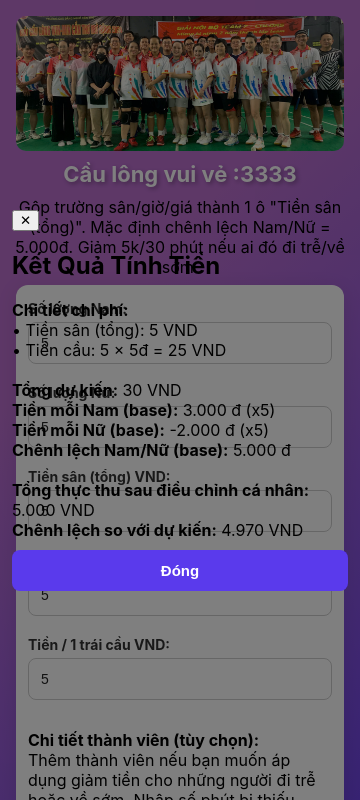
Repository: LuongPTCE181311/Badminton
Page: index.html
The author's editor kept a copy of each file at every save. The page is drawn from the files as they stood at one save, then again after the next save.
The browser window is 360 px wide. The pictures show the window.
Empty fields were first filled with sample values (such as "Sample", 5 or name@example.com).
After loading, the first visible `#calculateBtn` was clicked once.
A layer covers the whole window, so only the first screen is drawn.

Above is the page before, as saved 2025-12-09 13:42:04.

### index.html
<!DOCTYPE html>
<html lang="vi">

<head>
    <meta charset="UTF-8" />
    <meta name="viewport" content="width=device-width, initial-scale=1.0" />
    <title>Tính Tiền Sân Cầu Lông</title>
    <link rel="stylesheet" href="assets/css/style.css" />
</head>

<body>
    <div class="hero">
        <img src="assets/images/Caulongvuive.jpg" id="img" class="hero-img" alt="Group" />
        <h1 class="title">Cầu lông vui vẻ :3333</h1>
        <div class="note">Gộp trường sân/giờ/giá thành 1 ô "Tiền sân (tổng)". Mặc định chênh lệch Nam/Nữ = 5.000đ. Giảm
            5k/30 phút nếu ai đó đi trễ/về sớm.</div>
    </div>

    <div class="container">
        <form id="calcForm" onsubmit="return false;">
            <div class="form-group">
                <label>Số lượng Nam:</label>
                <input type="number" id="men" min="0" placeholder="VD: 4" />
                <span class="error" id="men_err"></span>
            </div>

            <div class="form-group">
                <label>Số lượng Nữ:</label>
                <input type="number" id="women" min="0" placeholder="VD: 3" />
                <span class="error" id="women_err"></span>
            </div>

            <div class="form-group">
                <label>Tiền sân (tổng) VND:</label>
                <input type="number" id="courtTotal" min="0"
                    placeholder="Tổng tiền sân đã bao gồm số sân × giờ × giá/giờ" />
                <span class="error" id="courtTotal_err"></span>
            </div>

            <div class="form-group">
                <label>Số lượng cầu:</label>
                <input type="number" id="shuttleCount" min="0" placeholder="VD: 5" />
                <span class="error" id="shuttleCount_err"></span>
            </div>

            <div class="form-group">
                <label>Tiền / 1 trái cầu VND:</label>
                <input type="number" id="pricePerShuttle" min="0" placeholder="VD: 5000" />
                <span class="error" id="pricePerShuttle_err"></span>
            </div>

            <div style="margin-top:10px;">
                <strong>Chi tiết thành viên (tùy chọn):</strong>
                <div class="note">Thêm thành viên nếu bạn muốn áp dụng giảm tiền cho những người đi trễ hoặc về sớm.
                    Nhập số phút bị thiếu (minutes not played), cứ 30 phút giảm 5.000đ cho thành viên đó.</div>
                <div id="memberContainer" class="member-list"></div>
                <button type="button" id="addMemberBtn" class="btn">+ Thêm thành viên</button>
            </div>

            <div style="margin-top:14px;">
                <button type="button" id="calculateBtn" class="btn primary">Tính tiền</button>
            </div>
        </form>

        <div id="resultModal" class="modal hidden">
            <div class="modal-box">
                <button id="closeModal" class="modal-close">✕</button>
                <h2>Kết Quả Tính Tiền</h2>
                <div id="resultContent"></div>
                <button id="closeModalBottom" class="btn primary block">Đóng</button>
            </div>
        </div>

    </div>

    <script src="assets/js/main.js"></script>
</body>

</html>

### assets/css/style.css
* {
  box-sizing: border-box;
}

body {
  margin: 0;
  padding: 10px;
  font-family: -apple-system, BlinkMacSystemFont, "Segoe UI", Roboto,
    "Helvetica Neue", Arial, sans-serif;
  background: linear-gradient(135deg, #bc70cf 30%, #5a3aec 100%);
  min-height: 100vh;
}

/* HERO */
.hero {
  text-align: center;
  padding-top: 20px;
  max-width: 100%;
  overflow: hidden;
}

.hero-img {
  width: 100%;
  max-width: 400px;
  height: auto;
  display: block;
  margin: 0 auto 15px auto;
  border-radius: 10px;
  object-fit: cover;
}

/* BUTTONS COMMON */
.close-btn {
  padding: 12px;
  font-size: 15px;
  border-radius: 10px;
  width: 100%;
  margin-top: 3%;
  background-color: #bd5ad6;
  border: none;
  outline: none;
  color: white;
  cursor: pointer;
}

.close-btn:hover {
  opacity: 0.95;
}

/* TITLE */
.title {
  font-size: clamp(24px, 5vw, 30px);
  font-weight: bold;
  color: white;
  margin: 10px 0;
  text-shadow: 2px 2px 4px rgba(0, 0, 0, 0.3);
  padding: 0 15px;
}

/* CONTAINER */
.container {
  width: calc(100% - 20px);
  max-width: 450px;
  margin: 25px auto;
  background-color: white;
  padding: 25px;
  border-radius: 15px;
  box-shadow: 0 4px 20px rgba(0, 0, 0, 0.1);
}

/* FORM */
label {
  font-weight: 700;
  display: block;
  margin-bottom: 5px;
  font-size: 15px;
  color: #333;
}

input,
select,
textarea {
  width: 100%;
  padding: 8px 8px;
  background: white;
  border-radius: 8px;
  border: 1px solid #ccc;
  transition: 0.3s;
  -webkit-appearance: none;
  appearance: none;
  font-size: 14px;
  color: #222;
}

input:focus,
select:focus,
textarea:focus {
  outline: none;
  border-color: #1e88e5;
  box-shadow: 0 0 0 3px rgba(30, 136, 229, 0.08);
}

input.error-border,
select.error-border,
textarea.error-border {
  border-color: #e53935 !important;
}

.error {
  font-size: 12px;
  color: #d84747;
  font-weight: 600;
  display: block;
  min-height: 14px;
  margin-top: 6px;
}

/* ACTION BUTTON */
.btn {
  width: 100%;
  padding: 14px;
  background: #5a3aec;
  color: white;
  font-size: 17px;
  font-weight: 600;
  border: none;
  border-radius: 8px;
  cursor: pointer;
  transition: background 0.3s, transform 0.1s;
  margin-top: 10px;
}

.btn:hover {
  background: #3c22b3;
}

.btn:active {
  transform: scale(0.98);
}

/* MODAL */
.modal {
  position: fixed;
  inset: 0;
  background: rgba(0, 0, 0, 0.5);
  display: flex;
  justify-content: center;
  align-items: center;
  z-index: 1000;
  padding: 20px;
}

.hidden {
  display: none !important;
}

.modal-content {
  background: white;
  padding: 25px;
  width: calc(100% - 40px);
  max-width: 420px;
  border-radius: 15px;
  text-align: left;
  box-shadow: 0 4px 15px rgba(0, 0, 0, 0.2);
  max-height: 90vh;
  overflow-y: auto;
}

/* Modal header/title */
.modal-content h2 {
  margin-top: 0;
  margin-bottom: 20px;
  text-align: center;
  color: #333;
  font-size: clamp(20px, 4vw, 24px);
}

/* Result inside modal */
#result {
  line-height: 1.7;
  font-size: 14px;
  color: #555;
}

#result b {
  color: #333;
}

/* MEMBER LIST (small UI pieces) */
.member-list {
  margin-top: 10px;
  border-top: 1px dashed #eee;
  padding-top: 10px;
}

.member-row {
  display: flex;
  gap: 8px;
  margin-bottom: 8px;
  align-items: center;
  flex-wrap: nowrap;
}

.member-row input,
.member-row select {
  padding: 6px 8px;
  border-radius: 6px;
  border: 1px solid #ddd;
  font-size: 13px;
  background: #fff;
}

.member-row .small {
  width: 110px;
}

.remove-btn {
  background: #ff6b6b;
  color: #fff;
  border: none;
  padding: 6px 10px;
  border-radius: 6px;
  cursor: pointer;
  font-size: 13px;
}

/* result box outside modal (if used) */
.result-box {
  margin-top: 12px;
  background: #f9f9f9;
  padding: 12px;
  border-radius: 8px;
  color: #333;
}

/* Responsive tweaks */

/* Tablet devices */
@media screen and (max-width: 768px) {
  body {
    padding: 10px;
  }

  .container {
    width: calc(100% - 20px);
    margin: 20px auto;
    padding: 20px;
  }

  .hero {
    padding: 15px 0;
  }

  .hero-img {
    max-width: 350px;
  }
}

/* Mobile devices */
@media screen and (max-width: 480px) {
  body {
    padding: 10px;
  }

  .container {
    width: calc(100% - 20px);
    margin: 0 auto;
    padding: 18px 14px;
    border-radius: 12px;
  }

  .hero {
    padding: 8px 0;
  }

  .hero-img {
    max-width: 100%;
    width: calc(100% - 20px);
    margin: 0 auto 10px auto;
  }

  .title {
    font-size: 22px;
    padding: 0 10px;
  }

  label {
    font-size: 14px;
  }

  input,
  select,
  textarea {
    width: 100%;
    padding: 10px;
    background: rgba(255, 255, 255, 0.95);
    border-radius: 8px;
    border: 1px solid #ccc;
    font-size: 14px;
  }

  .btn {
    padding: 14px;
    font-size: 16px;
  }

  .modal {
    padding: 12px;
  }

  .modal-content {
    width: calc(100% - 28px);
    padding: 18px;
    border-radius: 12px;
  }

  .modal-content h2 {
    font-size: 20px;
    margin-bottom: 14px;
  }

  #result {
    font-size: 13px;
    line-height: 1.6;
  }

  .close-btn {
    padding: 12px;
    font-size: 15px;
    border-radius: 10px;
    width: 100%;
    margin-top: 10px;
    background-color: #bd5ad6;
    border: none;
    outline: none;
    color: white;
  }
}

/* Very small mobile devices */
@media screen and (max-width: 360px) {
  body {
    padding: 8px;
  }

  .container {
    width: calc(100% - 16px);
    padding: 15px 12px;
  }

  .title {
    font-size: 22px;
  }

  .hero-img {
    width: calc(100% - 16px);
  }

  input,
  select,
  textarea {
    width: 100%;
    padding: 12px;
  }

  .btn {
    padding: 12px;
    font-size: 15px;
  }

  .modal-content {
    width: calc(100% - 24px);
    padding: 15px;
  }

  #result {
    font-size: 12px;
  }
}

/* Landscape orientation on mobile */
@media screen and (max-height: 600px) and (orientation: landscape) {
  body {
    padding: 5px;
  }

  .hero {
    padding: 5px 0;
  }

  .hero-img {
    max-width: 200px;
    max-height: 120px;
    margin-bottom: 5px;
  }

  .title {
    font-size: 18px;
    margin: 5px 0;
  }

  .container {
    margin: 10px auto;
    width: calc(100% - 10px);
    max-width: 600px;
  }

  .modal-content {
    max-height: 85vh;
  }
}

### assets/js/main.js
// ====== VALIDATE ======
function setError(id, msg) {
  const el = document.getElementById(id + "_err");
  if (el) el.innerText = msg;
}
function clearError(id) {
  const el = document.getElementById(id + "_err");
  if (el) el.innerText = "";
}
function validateField(id) {
  const el = document.getElementById(id);
  if (!el) return true;
  const value = el.value.trim();
  switch (id) {
    case "men":
    case "women":
      if (value === "" || isNaN(value) || parseInt(value) < 0) {
        setError(id, "Giá trị phải ≥ 0");
        return false;
      }
      const men = parseInt(document.getElementById("men").value) || 0;
      const women = parseInt(document.getElementById("women").value) || 0;
      if (men === 0 && women === 0) {
        setError(id, "Nam + Nữ phải ≥ 1");
        return false;
      }
      break;
    case "courtTotal":
      if (value === "" || isNaN(value) || parseInt(value) < 0) {
        setError(id, "Tiền sân phải ≥ 0");
        return false;
      }
      break;
    case "shuttleCount":
      if (value === "" || isNaN(value) || parseInt(value) < 0) {
        setError(id, "Số lượng cầu phải ≥ 0");
        return false;
      }
      break;
    case "pricePerShuttle":
      if (value === "" || isNaN(value) || parseInt(value) < 0) {
        setError(id, "Tiền 1 trái cầu phải ≥ 0");
        return false;
      }
      break;
    default:
      break;
  }
  clearError(id);
  return true;
}

["men", "women", "courtTotal", "shuttleCount", "pricePerShuttle"].forEach(
  (id) => {
    const el = document.getElementById(id);
    if (!el) return;
    el.addEventListener("input", () => {
      validateField(id);
      if (id === "men" || id === "women") {
        const otherId = id === "men" ? "women" : "men";
        validateField(otherId);
      }
    });
  }
);

// ====== UTILS ======
function roundUpToThousand(num) {
  return Math.ceil(num / 1000) * 1000;
}

// ====== TỐI ƯU CHIA (CHÊNH LỆCH MẶC ĐỊNH 5k) ======
function findOptimalSplit(total, men, women) {
  const targetDiff = 5000; // 5k
  let perWomanRaw = (total - targetDiff * men) / (men + women);
  let perWoman = roundUpToThousand(perWomanRaw);
  let perMan = roundUpToThousand(perWoman + targetDiff);

  if (perMan - perWoman < targetDiff) {
    perMan = perWoman + targetDiff;
    perMan = roundUpToThousand(perMan);
  }

  let actualTotal = perMan * men + perWoman * women;
  while (actualTotal < total) {
    perWoman += 1000;
    perMan = perWoman + targetDiff;
    perWoman = roundUpToThousand(perWoman);
    perMan = roundUpToThousand(perMan);
    actualTotal = perMan * men + perWoman * women;
    if (perWoman > total + 1000000) break;
  }

  return { perMan, perWoman, actualTotal, genderDiff: perMan - perWoman };
}

// ====== MEMBER UI ======
let memberIdCounter = 0;
const memberContainer = document.getElementById("memberContainer");
document
  .getElementById("addMemberBtn")
  .addEventListener("click", () => addMemberRow());
function addMemberRow(init = {}) {
  memberIdCounter++;
  const id = "member_" + memberIdCounter;
  const row = document.createElement("div");
  row.className = "member-row";
  row.id = id;
  row.innerHTML = `
    <input class="small" type="text" placeholder="Tên (tùy chọn)" data-field="name" />
    <select data-field="gender">
      <option value="man">Nam</option>
      <option value="woman">Nữ</option>
    </select>
    <input class="small" type="number" min="0" step="1" placeholder="Phút thiếu" data-field="minutes" />
    <button type="button" class="remove-btn" title="Xóa">X</button>
  `;
  memberContainer.appendChild(row);
  const btn = row.querySelector(".remove-btn");
  btn.addEventListener("click", () => row.remove());
  if (init.name) row.querySelector('[data-field="name"]').value = init.name;
  if (init.gender)
    row.querySelector('[data-field="gender"]').value = init.gender;
  if (init.minutes !== undefined)
    row.querySelector('[data-field="minutes"]').value = init.minutes;
}

// ====== MODAL HELPERS ======
function openModal() {
  document.getElementById("resultModal").classList.remove("hidden");
}
function closeModal() {
  document.getElementById("resultModal").classList.add("hidden");
}
const closeBtn = document.getElementById("closeModal");
if (closeBtn) closeBtn.addEventListener("click", closeModal);
const closeBtn2 = document.getElementById("closeModalBottom");
if (closeBtn2) closeBtn2.addEventListener("click", closeModal);

// ====== CALCULATE ======
document.getElementById("calculateBtn").addEventListener("click", function () {
  let ok = true;
  const ids = ["men", "women", "courtTotal", "shuttleCount", "pricePerShuttle"];
  ids.forEach((id) => {
    if (!validateField(id)) ok = false;
  });
  if (!ok) return;

  const men = parseInt(document.getElementById("men").value) || 0;
  const women = parseInt(document.getElementById("women").value) || 0;
  const courtTotal = parseInt(document.getElementById("courtTotal").value) || 0;
  const scount = parseInt(document.getElementById("shuttleCount").value) || 0;
  const pShut = parseInt(document.getElementById("pricePerShuttle").value) || 0;

  const shuttleCost = scount * pShut;
  const totalProjected = courtTotal + shuttleCost;

  let perMan = 0,
    perWoman = 0,
    actualTotal = 0;
  if (men > 0 && women > 0) {
    const solution = findOptimalSplit(totalProjected, men, women);
    perMan = solution.perMan;
    perWoman = solution.perWoman;
    actualTotal = solution.actualTotal;
  } else if (men > 0) {
    perMan = roundUpToThousand(totalProjected / men);
    actualTotal = perMan * men;
  } else {
    perWoman = roundUpToThousand(totalProjected / women);
    actualTotal = perWoman * women;
  }

  const memberRows = Array.from(
    memberContainer.querySelectorAll(".member-row")
  );
  const members = memberRows.map((r) => ({
    name: r.querySelector('[data-field="name"]').value || "",
    gender: r.querySelector('[data-field="gender"]').value,
    minutes: parseInt(r.querySelector('[data-field="minutes"]').value) || 0,
  }));

  let menRemaining = men;
  let womenRemaining = women;
  let adjustedTotal = 0;
  const memberResults = [];
  members.forEach((m) => {
    let base = m.gender === "man" ? perMan : perWoman;
    const steps = Math.floor(m.minutes / 30);
    const reduction = steps * 5000;
    const adjusted = Math.max(0, base - reduction);
    memberResults.push({
      name: m.name,
      gender: m.gender,
      base,
      minutes: m.minutes,
      reduction,
      adjusted,
    });
    adjustedTotal += adjusted;
    if (m.gender === "man") menRemaining--;
    else womenRemaining--;
  });
  adjustedTotal += menRemaining > 0 ? menRemaining * perMan : 0;
  adjustedTotal += womenRemaining > 0 ? womenRemaining * perWoman : 0;

  // Diff must be >= 0 per user request
  const rawDiff = adjustedTotal - totalProjected;
  const displayedDiff = Math.max(0, rawDiff);

  // Build modal content
  let html = `<b>Chi tiết chi phí:</b><br>`;
  html += `• Tiền sân (tổng): ${courtTotal.toLocaleString("vi-VN")} VND<br>`;
  html += `• Tiền cầu: ${scount} × ${pShut.toLocaleString(
    "vi-VN"
  )}đ = ${shuttleCost.toLocaleString("vi-VN")} VND<br><br>`;
  html += `<b>Tổng dự kiến:</b> ${totalProjected.toLocaleString(
    "vi-VN"
  )} VND<br>`;
  html += `<b>Tiền mỗi Nam (base):</b> ${perMan.toLocaleString(
    "vi-VN"
  )} đ (x${men})<br>`;
  html += `<b>Tiền mỗi Nữ (base):</b> ${perWoman.toLocaleString(
    "vi-VN"
  )} đ (x${women})<br>`;
  html += `<b>Chênh lệch Nam/Nữ (base):</b> ${(
    perMan - perWoman
  ).toLocaleString("vi-VN")} đ<br><br>`;

  if (memberResults.length > 0) {
    html += `<b>Điều chỉnh cá nhân (giảm 5k/30 phút):</b><br>`;
    memberResults.forEach((m) => {
      html += `• ${
        m.name || (m.gender === "man" ? "Nam" : "Nữ")
      }: base ${m.base.toLocaleString("vi-VN")}đ, -${m.reduction.toLocaleString(
        "vi-VN"
      )}đ (tương đương ${m.minutes} phút) → ${m.adjusted.toLocaleString(
        "vi-VN"
      )}đ<br>`;
    });
    html += `<br>`;
  }

  html += `<b>Tổng thực thu sau điều chỉnh cá nhân:</b> ${adjustedTotal.toLocaleString(
    "vi-VN"
  )} VND<br>`;
  html += `<b>Chênh lệch so với dự kiến:</b> ${displayedDiff.toLocaleString(
    "vi-VN"
  )} VND<br>`;

  // Set content and open modal
  const content = document.getElementById("resultContent");
  content.innerHTML = html;
  openModal();
});

After the next save:
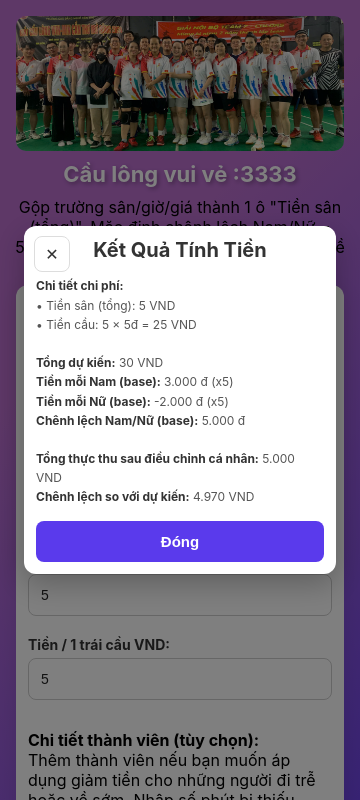
Saved 3 min 15 s later.
--- a/assets/css/style.css
+++ b/assets/css/style.css
@@ -138,11 +138,26 @@
   transform: scale(0.98);
 }
 
-/* MODAL */
+/* allow .btn.primary to be used in HTML */
+.btn.primary {
+  background: #5a3aec;
+  color: #fff;
+}
+.btn.primary:hover {
+  background: #3c22b3;
+}
+
+/* helper for full width variants */
+.block {
+  display: block;
+  width: 100%;
+}
+
+/* MODAL OVERLAY */
 .modal {
   position: fixed;
   inset: 0;
-  background: rgba(0, 0, 0, 0.5);
+  background: rgba(0, 0, 0, 0.5); /* semi-opaque backdrop */
   display: flex;
   justify-content: center;
   align-items: center;
@@ -150,10 +165,12 @@
   padding: 20px;
 }
 
+/* keep compatibility with previous class names */
 .hidden {
   display: none !important;
 }
 
+/* Primary modal content class used earlier in CSS */
 .modal-content {
   background: white;
   padding: 25px;
@@ -166,23 +183,65 @@
   overflow-y: auto;
 }
 
+/* New: support .modal-box used in your HTML */
+.modal-box {
+  background: white;
+  padding: 22px;
+  width: calc(100% - 40px);
+  max-width: 420px;
+  border-radius: 14px;
+  text-align: left;
+  box-shadow: 0 10px 30px rgba(0, 0, 0, 0.25);
+  max-height: 90vh;
+  overflow-y: auto;
+  position: relative;
+}
+
 /* Modal header/title */
+.modal-box h2,
 .modal-content h2 {
   margin-top: 0;
-  margin-bottom: 20px;
+  margin-bottom: 18px;
   text-align: center;
   color: #333;
   font-size: clamp(20px, 4vw, 24px);
 }
 
+/* Modal close button (the small X at top) */
+.modal-close,
+.modal-box .modal-close,
+.modal-content .modal-close {
+  position: absolute;
+  top: 10px;
+  left: 10px;
+  background: transparent;
+  border: 1px solid #ddd;
+  color: #333;
+  width: 36px;
+  height: 36px;
+  border-radius: 8px;
+  font-size: 16px;
+  line-height: 34px;
+  text-align: center;
+  cursor: pointer;
+}
+
+/* ensure "Đóng" button at bottom styled */
+.modal-box .btn,
+.modal-content .btn {
+  margin-top: 14px;
+}
+
 /* Result inside modal */
-#result {
+#result,
+#resultContent {
   line-height: 1.7;
   font-size: 14px;
   color: #555;
 }
 
-#result b {
+#result b,
+#resultContent b {
   color: #333;
 }
 
@@ -308,18 +367,21 @@
     padding: 12px;
   }
 
+  .modal-box,
   .modal-content {
     width: calc(100% - 28px);
-    padding: 18px;
+    padding: 16px;
     border-radius: 12px;
   }
 
+  .modal-box h2,
   .modal-content h2 {
     font-size: 20px;
     margin-bottom: 14px;
   }
 
-  #result {
+  #result,
+  #resultContent {
     font-size: 13px;
     line-height: 1.6;
   }
@@ -368,12 +430,14 @@
     font-size: 15px;
   }
 
+  .modal-box,
   .modal-content {
     width: calc(100% - 24px);
-    padding: 15px;
-  }
-
-  #result {
+    padding: 12px;
+  }
+
+  #result,
+  #resultContent {
     font-size: 12px;
   }
 }
@@ -405,6 +469,7 @@
     max-width: 600px;
   }
 
+  .modal-box,
   .modal-content {
     max-height: 85vh;
   }
